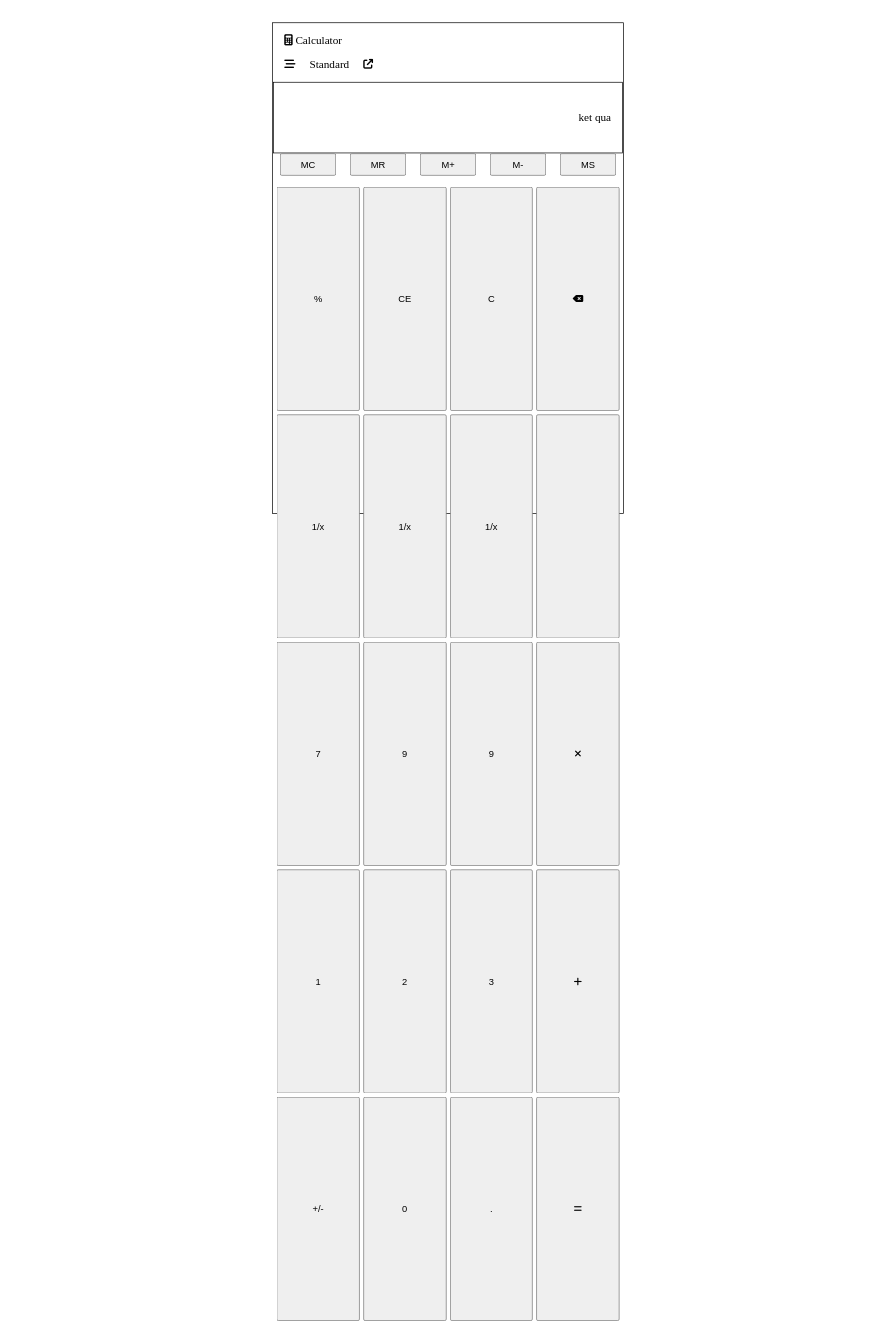
Repository: tungts3qb/Javascript
Page: Calculator/Calculator.html
An editor plug-in stored every save of this project. The page is shown before and after the next save, followed by the edit.
The browser window is 1280 px wide. The pictures show the whole page, at 70% of full size.

Above is the page before, as saved 2022-12-26 16:45:38.

### Calculator/Calculator.html
<!DOCTYPE html>
<html lang="en">
  <head>
    <meta charset="UTF-8" />
    <meta http-equiv="X-UA-Compatible" content="IE=edge" />
    <meta name="viewport" content="width=device-width, initial-scale=1.0" />
    <link rel="stylesheet" href="./style.css" />
    <link
      rel="stylesheet"
      href="https://cdnjs.cloudflare.com/ajax/libs/font-awesome/6.2.1/css/all.min.css"
      integrity="sha512-MV7K8+y+gLIBoVD59lQIYicR65iaqukzvf/nwasF0nqhPay5w/9lJmVM2hMDcnK1OnMGCdVK+iQrJ7lzPJQd1w=="
      crossorigin="anonymous"
      referrerpolicy="no-referrer"
    />
    <title>Calculator</title>
  </head>
  <body>
    <div class="calculator">
      <div class="calculator-header">
        <i class="fa-solid fa-calculator"></i>
        <span>Calculator</span>
      </div>
      <div class="calculator-nav">
        <i class="fa-solid fa-bars-staggered"></i>
        <span>Standard</span>
        <i class="fa-solid fa-arrow-up-right-from-square"></i>
      </div>
      <div class="caculator-result"><span>ket qua</span></div>
      <div class="calculator-special-function">
        <ul>
          <li><button class="btn-special-fun">MC</button></li>
          <li><button class="btn-special-fun">MR</button></li>
          <li><button class="btn-special-fun">M+</button></li>
          <li><button class="btn-special-fun">M-</button></li>
          <li><button class="btn-special-fun">MS</button></li>
        </ul>
      </div>
      <div class="calculator-buttons">
        <button class="calculator-button">%</button>
        <button class="calculator-button">CE</button>
        <button class="calculator-button">C</button>
        <button class="calculator-button">
          <i class="fa-solid fa-delete-left"></i>
        </button>
        <button class="calculator-button">1/x</button>
        <button class="calculator-button">1/x</button>
        <button class="calculator-button">1/x</button>
        <button class="calculator-button">
          <i class="fas fa-buttonide"></i>
        </button>
        <button class="calculator-button">7</button>
        <button class="calculator-button">9</button>
        <button class="calculator-button">9</button>
        <button class="calculator-button"><i class="fas fa-times"></i></button>
        <button class="calculator-button">1</button>
        <button class="calculator-button">2</button>
        <button class="calculator-button">3</button>
        <button class="calculator-button"><i class="fas fa-plus"></i></button>
        <button class="calculator-button">+/-</button>
        <button class="calculator-button">0</button>
        <button class="calculator-button">.</button>
        <button class="calculator-button"><i class="fas fa-equals"></i></button>
      </div>
    </div>
    <script src="./script.js"></script>
  </body>
</html>

### Calculator/style.css
.calculator {
  width: 500px;
  height: 700px;
  border: 1px solid black;
  margin: 2rem auto;
}

.calculator-header {
  margin-top: 1rem;
  padding-left: 1rem;
}

.calculator-nav {
  padding-left: 1rem;
  margin-top: 1rem;
}

.calculator-nav span {
  margin-left: 1rem;
  margin-right: 1rem;
}

.caculator-result {
  border: 1px solid black;
  margin-top: 1rem;
  height: 100px;
  display: flex;
  justify-content: flex-end;
  align-items: center;
}

.caculator-result span {
  display: block;
  margin-right: 1rem;
}

.calculator-special-function ul {
  width: 100%;
  padding-left: 0;
  list-style: none;
  display: flex;
  margin-top: 0;
  /* justify-content: space-between; */
  justify-content: space-around;
  align-items: center;
}

.btn-special-fun {
  width: 5rem;
  height: 2rem;
}

.calculator-buttons {
  display: grid;
  grid-template-columns: repeat(4, 1fr);
  grid-column-gap: 5px;
  grid-row-gap: 5px;
  padding-left: 5px;
  padding-right: 5px;
}

.calculator-button {
  height: 20rem;
}

Loaded but not shown: Calculator/script.js (no stored copy; drawn as an empty file)

After the next save:
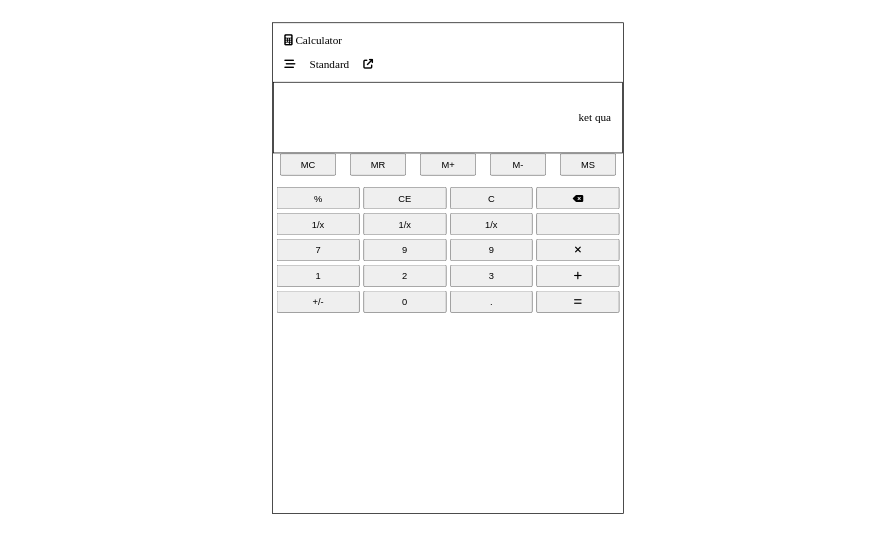
Saved 6 s later.
--- a/Calculator/style.css
+++ b/Calculator/style.css
@@ -60,5 +60,5 @@
 }
 
 .calculator-button {
-  height: 20rem;
+  height: 2rem;
 }
